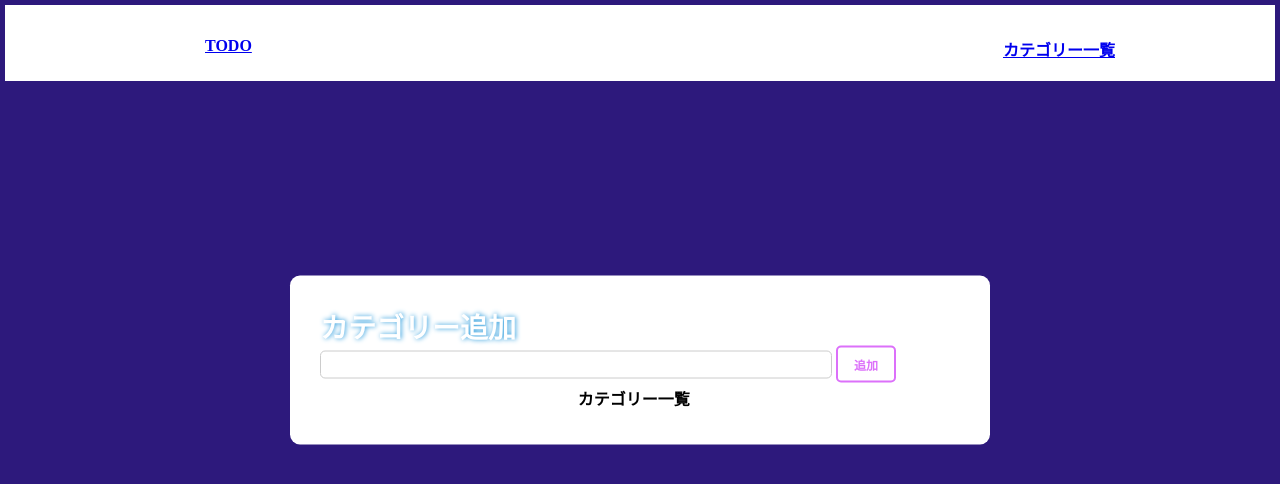
Repository: azuma2/cate
Page: http://localhost/cate
The author's editor kept a copy of each file at every save. The page is drawn from the files as they stood at one save, then again after a run of saves.
The browser window is 1280 px wide. The pictures show the whole page.
The page is served by the project's Laravel application, run on PHP 8.4 with Laravel 8. Queries for data that is not in the repository find no rows.

Above is the page before, as saved 2022-05-18 18:42:46.

After the next 2 saves:
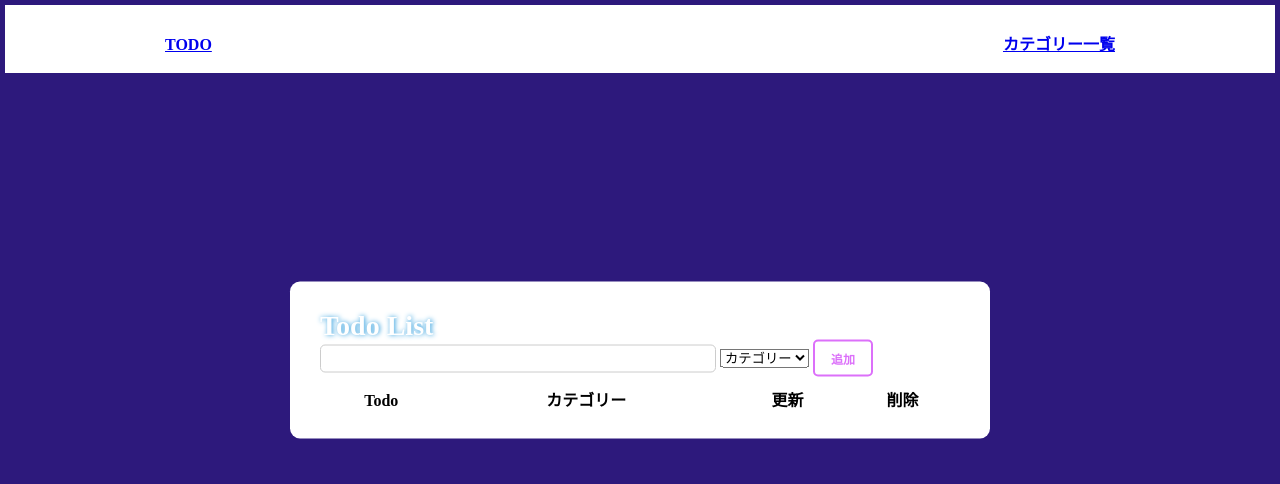
The 2 saves are shown as one change because 1 did not build or start.
The last was saved 6 min 12 s later.
--- a/app/Http/Controllers/CateController.php
+++ b/app/Http/Controllers/CateController.php
@@ -13,7 +13,7 @@
     {
         $items = Todo::all();
         $cates = Cate::all();
-        return view('cate', ['items' => $items, 'cates' => $cates]);
+       return view('index', ['items' => $items, 'cates' => $cates]);
     }
 
 

After the 5 saves that followed:
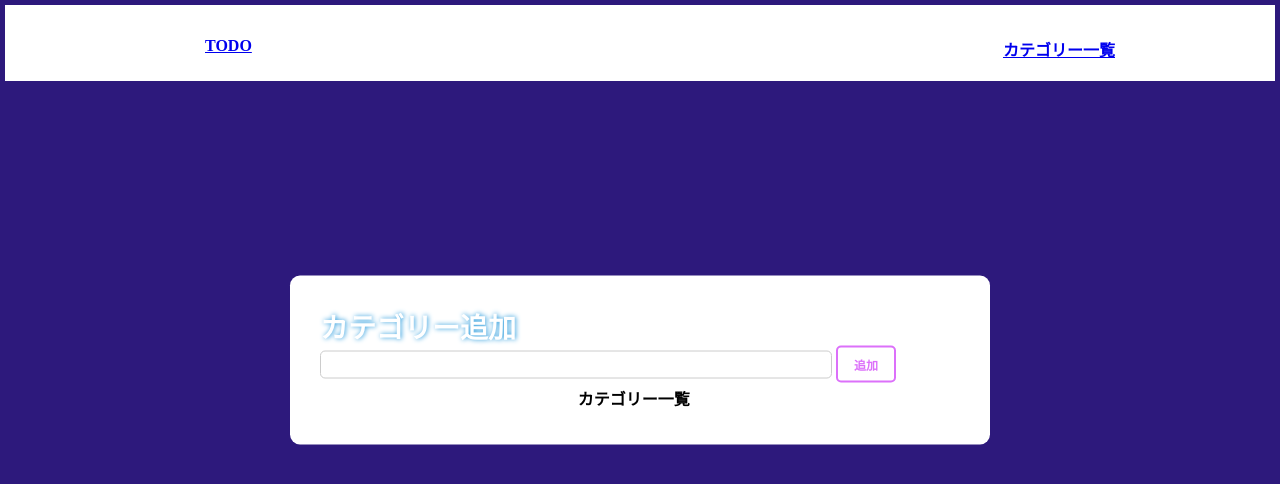
The 5 saves are shown as one change because 3 did not build or start and some came seconds apart.
The last was saved 2 min 17 s later.
--- a/app/Http/Controllers/CateController.php
+++ b/app/Http/Controllers/CateController.php
@@ -9,11 +9,12 @@
 
 class CateController extends Controller
 {
-    public function index()
+    public function index(Request $request)
     {
         $items = Todo::all();
         $cates = Cate::all();
-       return view('index', ['items' => $items, 'cates' => $cates]);
+        $param = ['content' => $request->content,];
+       return view('cate', ['items' => $items, 'cates' => $cates, $param]);
     }
 
 
